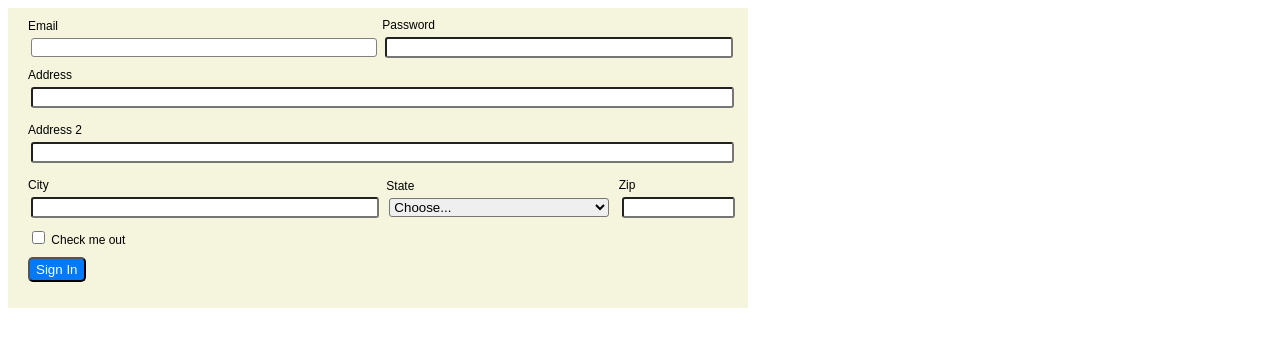
Repository: LongNguyen2504/T3H-FrondEnd
Page: Lesson3_CSS_HomeWork2.html
The author's editor kept a copy of each file at every save. The page is drawn from the files as they stood at one save, then again after the next save.
The browser window is 1280 px wide. The pictures show the whole page.

Above is the page before, as saved 2021-12-01 20:26:18.

### Lesson3_CSS_HomeWork2.html
<!DOCTYPE html>
<html lang="en">
<head>
    <meta charset="UTF-8">
    <meta http-equiv="X-UA-Compatible" content="IE=edge">
    <meta name="viewport" content="width=device-width, initial-scale=1.0">
    <title>Document</title>
    <link rel="stylesheet" href="Lesson3_CSS_HomeWork2.css">
</head>
<body>
    <div class="ancestor-div">
        <div class="email-div">
            <label class="label-position" for="input-email">Email</label><br>
            <input id="input-email" type="text" name="email" >
        </div>
        <div class="password-div">
            <label class="label-position" for="input-password">Password</label><br>
            <input id="input-password" type="password" name="password" >
        </div>
        <div class="address1">
            <label class="label-position" for="input-address1">Address</label><br>
            <input id="input-address1" type="text" name="address1" >
        </div>
        <div class="address2">
            <label class="label-position" for="input-address2">Address 2</label><br>
            <input id="input-address2" type="text" name="address2" >
        </div>
        <div class="city-div">
            <label class="label-position" for="input-city">City</label><br>
            <input type="text" name="city" id="input-city">
        </div>
        <div class="state-div">
            <label class="label-position" for="input-state">State</label><br>
            <select name="input-state" id="input-state" >
                <option value="">Choose...</option>
                <option value="">Arizona</option>
                <option value="">California</option>
            </select>

        </div>
        <div class="zip-div">
            <label class="label-position" for="input-zip">Zip</label><br>
            <input type="number" id="input-zip" name="zip">
        </div>
        <div class="checkbox-div">
            <input type="checkbox" id="input-checkbox" name="checked">
            <label for="input-checkbox">Check me out</label>
        </div>
        <div class="signIn-button">
            <input type="submit" value="Sign In" name="submit-checked" id="submit-button" >
        </div>
    </div>

</body>
</html>

### Lesson3_CSS_HomeWork2.css
div.ancestor-div{
    width: 740px;
    height: 300px;
    background-color: #f5f5dd;
    /* background-color: grey; */
    font-family: Arial, Helvetica, sans-serif;
    font-size: 12px;
}
div.email-div #input-email{

    width: 340px;
    margin-left: 3px;
    border-radius: 3px;
    border: 1px solid grey;
}
div.password-div #input-password{

    width: 340px;
    margin-left: 3px;
    border-radius: 3px;

}
.label-position{
    position: relative;
    bottom: 5px;
    /* left: 1px; */
}
div.email-div{
    display: inline-block;
    position: relative;
    left: 20px;
    top: 15px;
}
div.password-div{
    display: inline-block;
    position: relative;
    left: 22px;
    top: 15px;
}
div.address1{
    position: relative;
    top: 30px;
    left: 20px;
}
div.address2{
    position: relative;
    top: 50px;
    left: 20px;
}
div.address1 #input-address1,div.address2 #input-address2{
    width: 695px;
    margin-left: 3px;
    border-radius: 3px;
}
div.city-div{
    display: inline-block;
    position: relative;
    top: 70px;
    left: 20px;
}
div.state-div{
    display: inline-block;
    position: relative;
    top: 70px;
    left: 24px;
}
div.zip-div{
    display: inline-block;
    position: relative;
    top: 70px;
    left: 30px;
}
div.city-div #input-city{
    width: 340px;
    margin-left: 3px;
    border-radius: 3px;
}
div.state-div #input-state{
    width: 220px;
    margin-left: 3px;
    border-radius: 3px;

}
div.zip-div #input-zip{
    width: 105px;
    margin-left: 3px;
    border-radius: 3px;
}
div.checkbox-div{
    position: relative;
    top: 80px;
    left: 20px;
}
div.signIn-button{
    position: relative;
    top: 90px;
    left: 20px;
}
div.signIn-button #submit-button{
    height: 25px;
    background-color: #0079fa;
    color: white;
    border-radius: 5px;
}

After the next save:
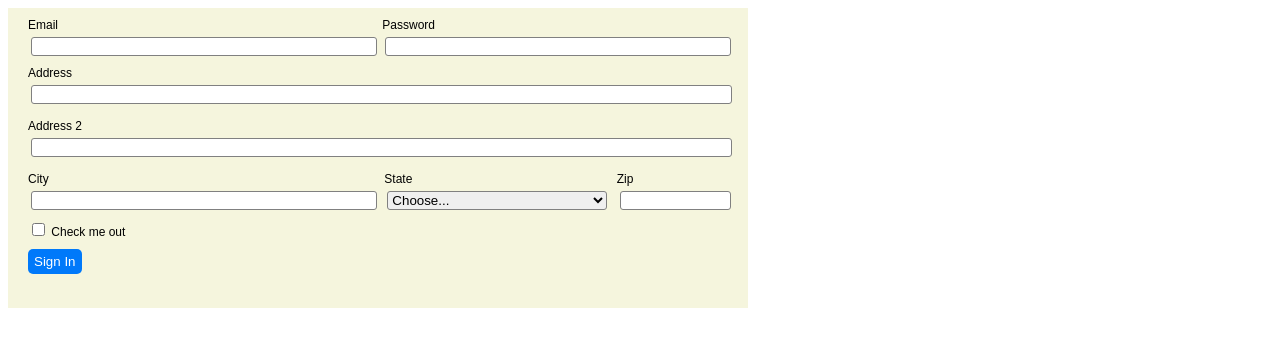
Saved 40 s later.
--- a/Lesson3_CSS_HomeWork2.css
+++ b/Lesson3_CSS_HomeWork2.css
@@ -18,6 +18,7 @@ div.password-div #input-password{
     width: 340px;
     margin-left: 3px;
     border-radius: 3px;
+    border: 1px solid grey;
 
 }
 .label-position{
@@ -51,6 +52,7 @@ div.address1 #input-address1,div.address2 #input-address2{
     width: 695px;
     margin-left: 3px;
     border-radius: 3px;
+    border: 1px solid grey;
 }
 div.city-div{
     display: inline-block;
@@ -74,17 +76,20 @@ div.city-div #input-city{
     width: 340px;
     margin-left: 3px;
     border-radius: 3px;
+    border: 1px solid grey;
 }
 div.state-div #input-state{
     width: 220px;
     margin-left: 3px;
     border-radius: 3px;
+    border: 1px solid grey;
 
 }
 div.zip-div #input-zip{
     width: 105px;
     margin-left: 3px;
     border-radius: 3px;
+    border: 1px solid grey;
 }
 div.checkbox-div{
     position: relative;
@@ -101,4 +106,5 @@ div.signIn-button #submit-button{
     background-color: #0079fa;
     color: white;
     border-radius: 5px;
+    border: none;
 }
